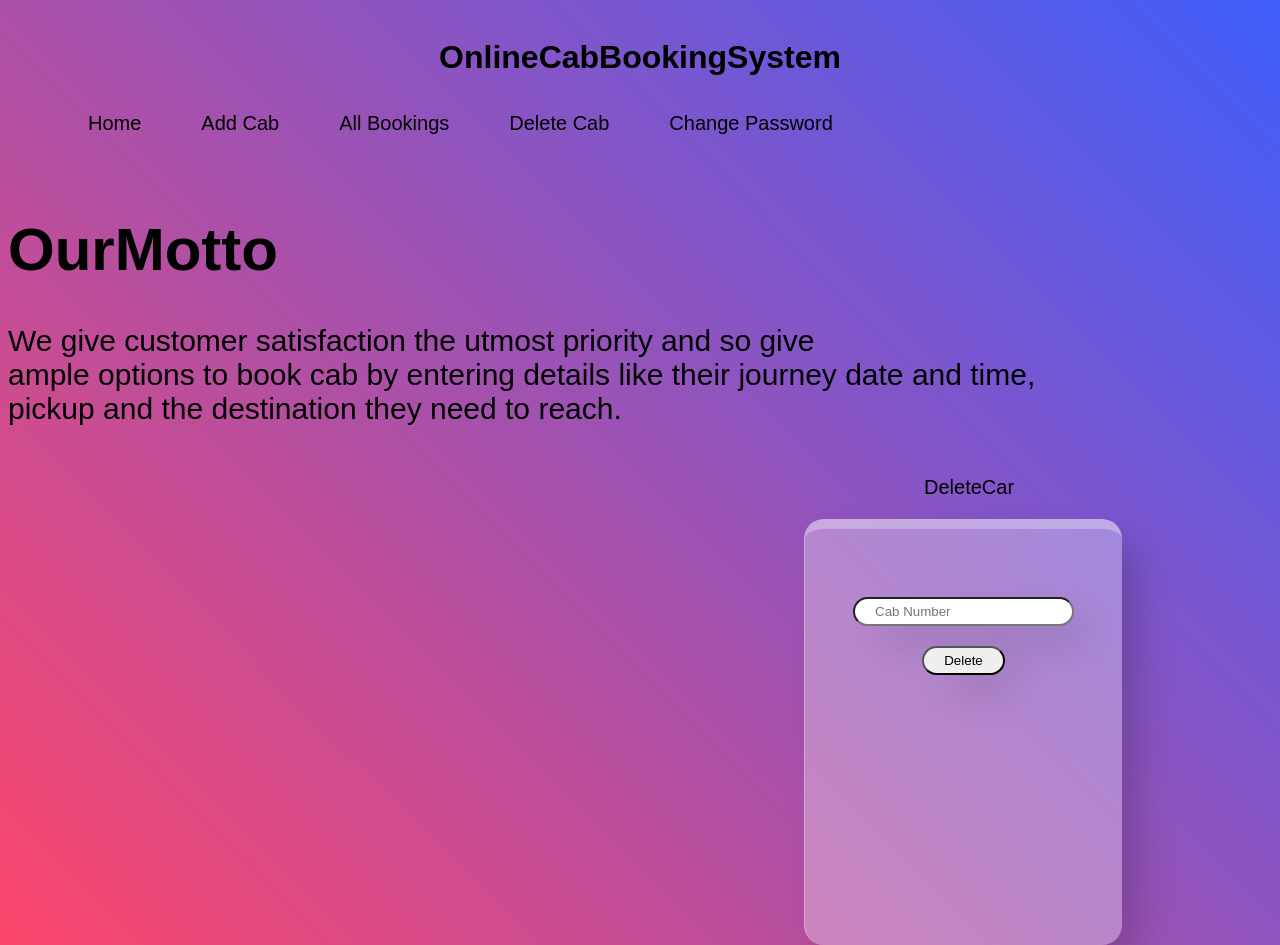
Repository: venkateshpillala/OnlineCabBookingSystem
Page: BookCab/src/main/webapp/changePassword.html
These files come from the project's save history. The page is drawn as it stood at one moment and after the next save; the edit follows.
The browser window is 1280 px wide. The pictures show the whole page.

Above is the page before, as saved 2024-06-07 19:09:30.

### BookCab/src/main/webapp/changePassword.html
<!DOCTYPE html>
<html>
<head>
<meta charset="ISO-8859-1">
<title>OnlineCabBooking</title>
</head>
<style>
	body{

		background : linear-gradient(45deg,#FC466B,#3F5EFB);
		height : 100vh;
		font-family : "Montserrat", sans-serif;
	}
	form {
		font-family : "Montserrat", sans-serif;
		background : rgba(255,255,255,0.3);
		padding : 3em;
		height : 320px;
		border-radius : 20px;
		border-left : 1px solid rgba(255,255,255,0.3);
		border-top : 10px solid rgba(255,255,255,0.3);
		background-filter : blur(10px);
		box-shadow : 20px 20px 40px -6px rgba(0, 0, 0, 0.2);
		text-align : center;
		position : relative;
		transition : all 0.2 ease-in-out;
		margin-right : 100px;
	}
	input {
		border-radius : 20px;
		box-shadow : 20px 20px 40px -6px rgba(0, 0, 0, 0.2);
		padding  : 5px 20px;
		margin-top : 20px;
		background-filter : blur(10px);
	}
	.alignment{
		text-align : center;
		border-radius : 10px;
		padding: 10px;
	}
	ul {
  		list-style-type: none;
  		overflow: hidden;
	}

	li {
  		float: left;
	}

	li a {
  		display: block;
  		color : black;
  		text-align: center;
  		padding: 14px 30px;
  		text-decoration: none;
  		font-size : 20px;
	}

	li a:hover:not(.active) {
  		background-color: #111;
  		border-radius : 10px;
  		color : white;
	}
	.h{
		padding : 100px;
	}
	.left{
		float : left;
		font-size : 30px;
	}
	.right{
		float : right;
		padding-right : 50px;
	}
	.para{
		padding-left : 120px;
		font-family : "Montserrat", sans-serif;
		font-size : 20px;


	}
	.over:hover:not(.active) {
  		background-color: #111;
  		border-radius : 10px;
  		color : white;
	}
</style>
<body>
<div class = "alignment">
	<h1 >OnlineCabBookingSystem</h1>
	<ul>
		<li><a href = "./Home.html">Home</a></li>
		<li><a href = "./AddCab.html">Add Cab</a></li>
		<li><a href = "./allbookings">All Bookings</a></li>
		<li><a href = "./deleteCab.html">Delete Cab</a></li>
		<li><a href = "./changePassword.html">Change Password</a></li>

	</ul>
</div>

<div >

	<div class = "left">
		<h1>OurMotto</h1>
		<p>We give customer satisfaction the utmost priority and so give<br> ample options
		to book cab by entering details like their journey date and time, <br>pickup and
		the destination they need to reach.
		</p>
	</div>
	<div class = "right">
	<p class = "para">DeleteCar</p>
		<form method = "post" action = "./deletecab">
			<input type = "text" name = "cabNumber" placeholder = "Cab Number"/><br>
			<input class = "over" type = "submit" value = "Delete"/><br><br>
		</form>
	</div>
</div>


</body>
</html>

After the next save:
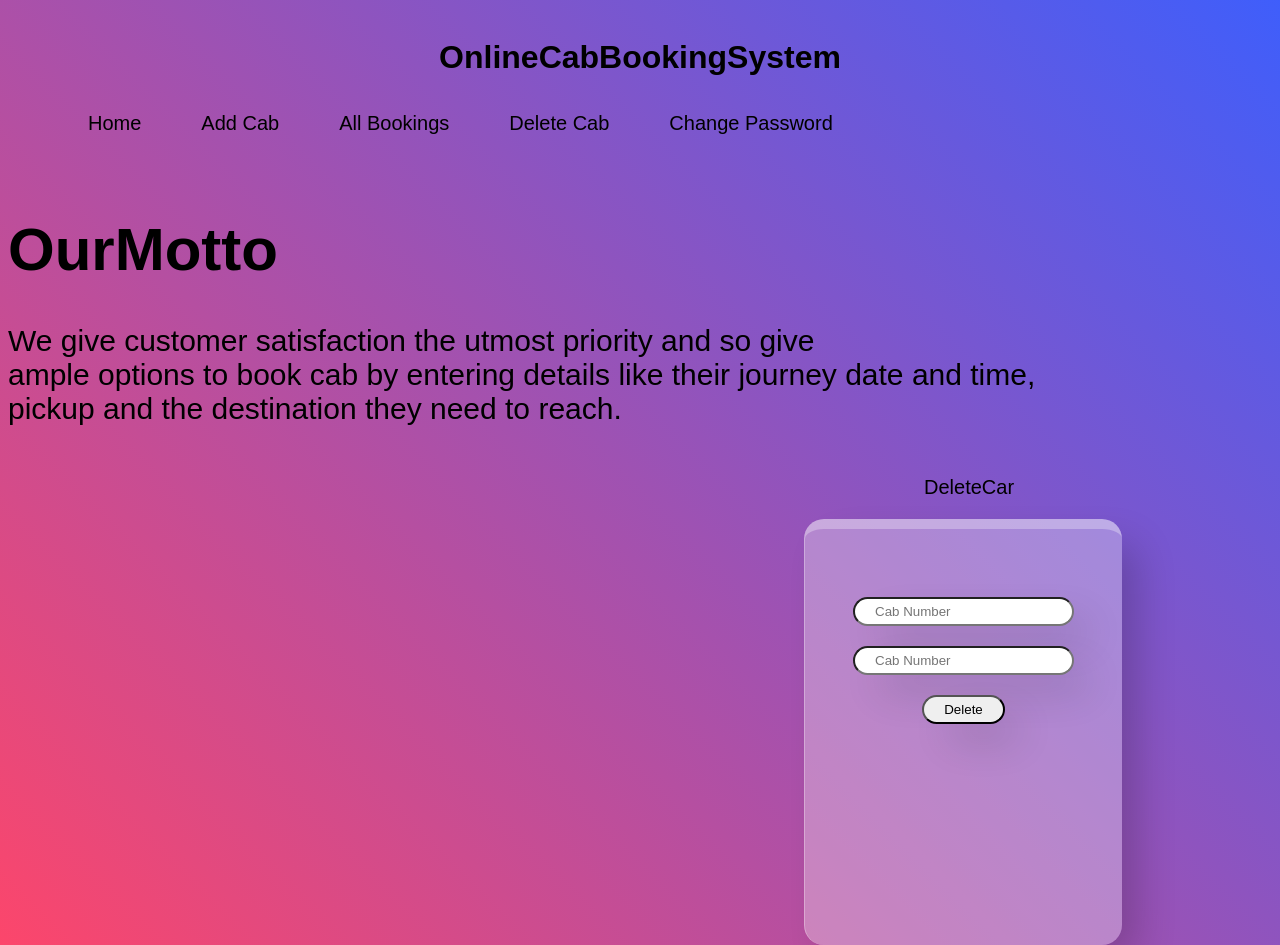
Saved 2 min 53 s later.
--- a/BookCab/src/main/webapp/changePassword.html
+++ b/BookCab/src/main/webapp/changePassword.html
@@ -110,7 +110,8 @@
 	<div class = "right">
 	<p class = "para">DeleteCar</p>
 		<form method = "post" action = "./deletecab">
-			<input type = "text" name = "cabNumber" placeholder = "Cab Number"/><br>
+			<input type = "text" name = "new" placeholder = "Cab Number"/><br>
+			<input type = "text" name = "again" placeholder = "Cab Number"/><br>
 			<input class = "over" type = "submit" value = "Delete"/><br><br>
 		</form>
 	</div>
